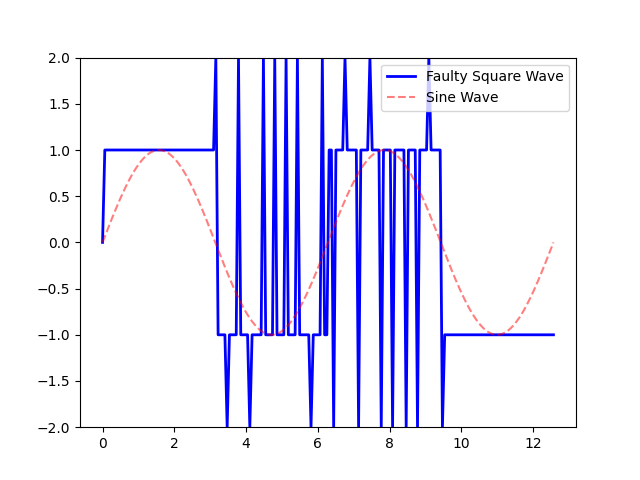
Repository: khulqu15/drone_smc_copppelia
Script's output: python py/realtime.py
The author's editor kept a copy of each file at every save. The script's output is drawn from the files as they stood at one save, then again after the next save.
Animations are shown at an early frame. Random numbers start from a fixed seed.

Above is the script's output before, as saved 2024-06-24 00:37:25.

### py/realtime.py
import numpy as np
import matplotlib.pyplot as plt
from matplotlib.animation import FuncAnimation

# Parameters
x_len = 200
y_range = [-2, 2]  # Updated range to accommodate faults

# Create the plot
fig, ax = plt.subplots()
xs = np.linspace(0, 4 * np.pi, x_len)
ys = np.sin(xs)
square_ys = np.sign(ys)

# Introduce a fixed fault in the square wave at specific indices
fault_indices = np.linspace(50, 150, 20, dtype=int)  # Example fault indices
fault_values = np.random.choice([-2, 2], size=fault_indices.size)  # Fault values at -2 or 2 for visibility

for i, idx in enumerate(fault_indices):
    square_ys[idx] = fault_values[i]

# Set plot limits and add the lines
ax.set_ylim(y_range)
line, = ax.plot(xs, square_ys, 'b-', linewidth=2, label='Faulty Square Wave')
sine_line, = ax.plot(xs, ys, 'r--', alpha=0.5, label='Sine Wave')
ax.legend()

# Define the update function for the animation
def update(frame):
    # Update sine wave with the time offset
    ys = np.sin(xs + frame / 10)
    sine_line.set_ydata(ys)

    # The square wave with faults remains static
    return line, sine_line

# Set up plot to call update() function periodically
ani = FuncAnimation(fig, update, frames=np.arange(0, 400, 1), interval=50, blit=False)
plt.show()

After the next save:
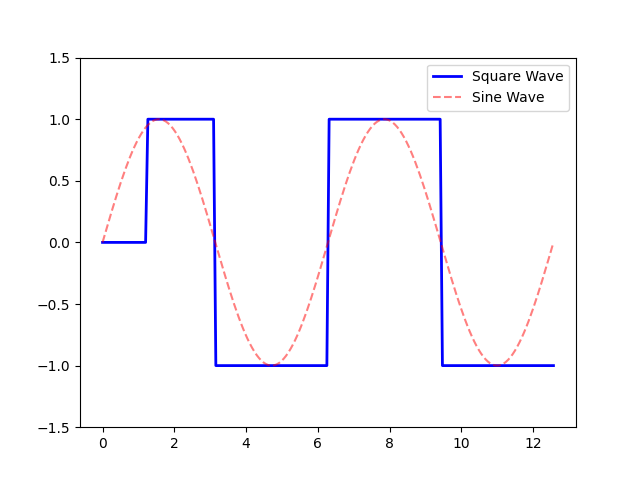
Saved 81 s later.
--- a/py/realtime.py
+++ b/py/realtime.py
@@ -2,38 +2,38 @@ import numpy as np
 import matplotlib.pyplot as plt
 from matplotlib.animation import FuncAnimation
 
-# Parameters
-x_len = 200
-y_range = [-2, 2]  # Updated range to accommodate faults
+# Set the parameters for the plot and animation
+x_len = 200  # Number of points to display
+y_range = [-1.5, 1.5]  # Y-axis range
+fault_interval = 50  # Interval at which faults occur
+fault_duration = 20  # Duration of each fault
 
-# Create the plot
+# Initialize the figure and axes
 fig, ax = plt.subplots()
 xs = np.linspace(0, 4 * np.pi, x_len)
 ys = np.sin(xs)
 square_ys = np.sign(ys)
+ax.set_ylim(y_range)
 
-# Introduce a fixed fault in the square wave at specific indices
-fault_indices = np.linspace(50, 150, 20, dtype=int)  # Example fault indices
-fault_values = np.random.choice([-2, 2], size=fault_indices.size)  # Fault values at -2 or 2 for visibility
-
-for i, idx in enumerate(fault_indices):
-    square_ys[idx] = fault_values[i]
-
-# Set plot limits and add the lines
-ax.set_ylim(y_range)
-line, = ax.plot(xs, square_ys, 'b-', linewidth=2, label='Faulty Square Wave')
+# Create the plot lines for the square wave and the sine wave
+line, = ax.plot(xs, square_ys, 'b-', linewidth=2, label='Square Wave')
 sine_line, = ax.plot(xs, ys, 'r--', alpha=0.5, label='Sine Wave')
 ax.legend()
 
-# Define the update function for the animation
 def update(frame):
-    # Update sine wave with the time offset
     ys = np.sin(xs + frame / 10)
+    square_ys = np.sign(ys)
+
+    # Introduce a fault in the square wave
+    if frame % fault_interval < fault_duration:
+        # Set the faulted part of the wave to 0
+        square_ys[(frame % fault_interval):(frame % fault_interval) + fault_duration] = 0
+
+    # Update the data of the plot lines
+    line.set_ydata(square_ys)
     sine_line.set_ydata(ys)
-
-    # The square wave with faults remains static
     return line, sine_line
 
-# Set up plot to call update() function periodically
-ani = FuncAnimation(fig, update, frames=np.arange(0, 400, 1), interval=50, blit=False)
+# Set up the animation to update the plot periodically
+ani = FuncAnimation(fig, update, frames=np.arange(0, 800, 1), interval=50, blit=False)
 plt.show()
